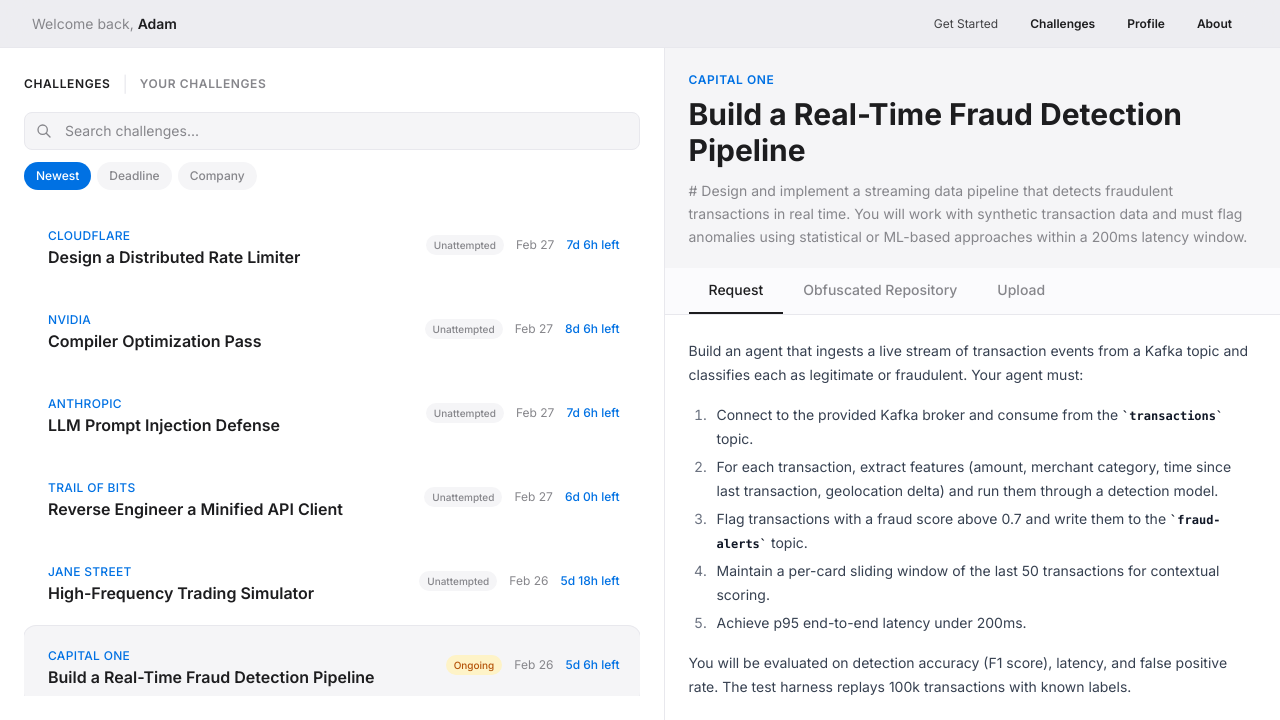
Repository: Ypout07/raikes-hacks
Page: / (app in web/)
An editor plug-in stored every save of this project. The page is shown before and after the next save, followed by the edit.
The browser window is 1280 px wide. The pictures show the whole page.
An inner scrolling area shows only its first screen. The project was rebuilt for these pictures with package versions that can differ from the ones it lists, and the page was loaded fresh each time. The framework's server and built-in components were replaced by stand-ins that run in the browser. Also part of the build but not shown: web/next.config.ts.

Above is the page before, as saved 2026-02-28 21:54:21.

After the next save:
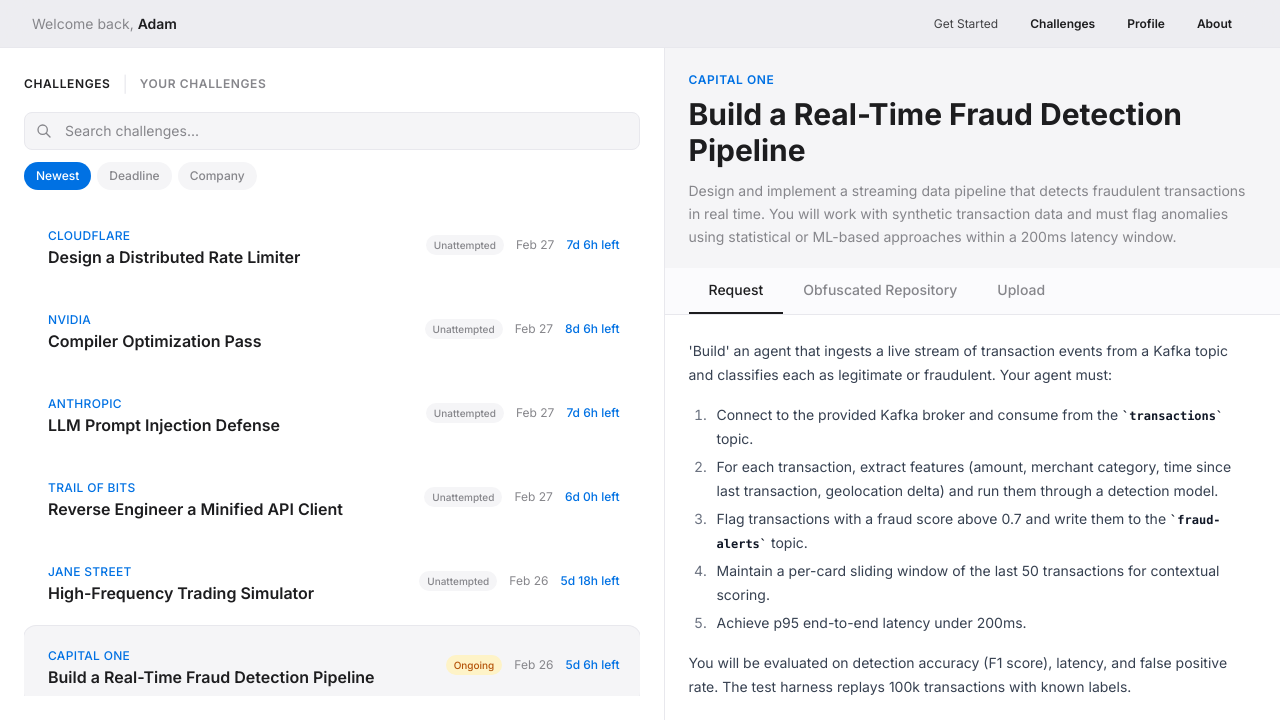
Saved 36 s later.
--- a/web/src/lib/mockChallenges.ts
+++ b/web/src/lib/mockChallenges.ts
@@ -6,9 +6,9 @@
         title: "Build a Real-Time Fraud Detection Pipeline",
         company: "Capital One",
         description:
-            "# Design and implement a streaming data pipeline that detects fraudulent transactions in real time. You will work with synthetic transaction data and must flag anomalies using statistical or ML-based approaches within a 200ms latency window.",
+            "Design and implement a streaming data pipeline that detects fraudulent transactions in real time. You will work with synthetic transaction data and must flag anomalies using statistical or ML-based approaches within a 200ms latency window.",
         request:
-            "Build an agent that ingests a live stream of transaction events from a Kafka topic and classifies each as legitimate or fraudulent. Your agent must:\n\n1. Connect to the provided Kafka broker and consume from the `transactions` topic.\n2. For each transaction, extract features (amount, merchant category, time since last transaction, geolocation delta) and run them through a detection model.\n3. Flag transactions with a fraud score above 0.7 and write them to the `fraud-alerts` topic.\n4. Maintain a per-card sliding window of the last 50 transactions for contextual scoring.\n5. Achieve p95 end-to-end latency under 200ms.\n\nYou will be evaluated on detection accuracy (F1 score), latency, and false positive rate. The test harness replays 100k transactions with known labels.",
+            "'Build' an agent that ingests a live stream of transaction events from a Kafka topic and classifies each as legitimate or fraudulent. Your agent must:\n\n1. Connect to the provided Kafka broker and consume from the `transactions` topic.\n2. For each transaction, extract features (amount, merchant category, time since last transaction, geolocation delta) and run them through a detection model.\n3. Flag transactions with a fraud score above 0.7 and write them to the `fraud-alerts` topic.\n4. Maintain a per-card sliding window of the last 50 transactions for contextual scoring.\n5. Achieve p95 end-to-end latency under 200ms.\n\nYou will be evaluated on detection accuracy (F1 score), latency, and false positive rate. The test harness replays 100k transactions with known labels.",
         postedAt: "2026-02-26T10:00:00Z",
         deadline: "2026-03-05T23:59:00Z",
         status: "ongoing",
